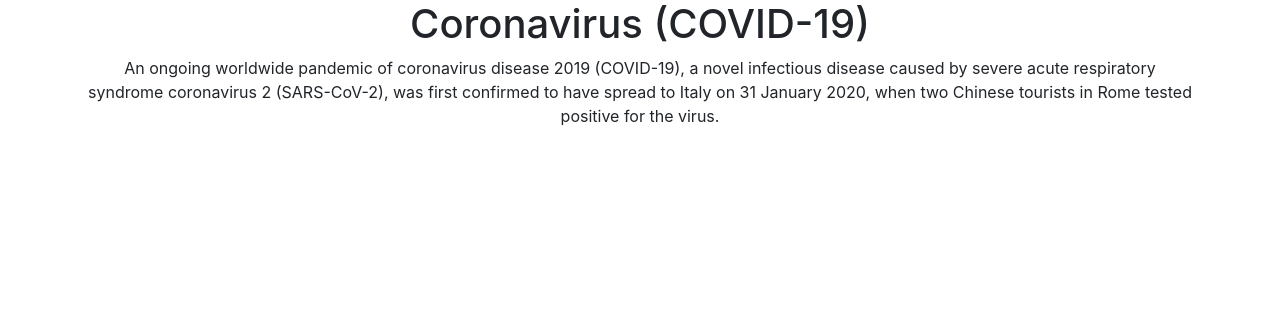
Repository: ahmadsaadkhan/react-covid-app
Page: /
An editor plug-in stored every save of this project. The page is shown before and after the next save, followed by the edit.
The browser window is 1280 px wide. The pictures show the whole page.
The page's requests for data from a server got no answer. The project was rebuilt for these pictures with package versions that can differ from the ones it lists, and the page was loaded fresh each time. No one was signed in, and anything a server would have sent is missing.

Above is the page before, as saved 2021-04-19 15:46:39.

### public/index.html
<!DOCTYPE html>
<html lang="en">

<head>
    <meta charset="utf-8" />
    <link rel="icon" href="%PUBLIC_URL%/favicon.ico" />
    <meta name="viewport" content="width=device-width, initial-scale=1" />
    <meta name="theme-color" content="#000000" />
    <meta name="description" content="Web site created using create-react-app" />
    <link rel="apple-touch-icon" href="%PUBLIC_URL%/logo192.png" />
    <!--
      manifest.json provides metadata used when your web app is installed on a
      user's mobile device or desktop. See https://developers.google.com/web/fundamentals/web-app-manifest/
    -->
    <link rel="manifest" href="%PUBLIC_URL%/manifest.json" />
    <link rel="stylesheet" href="https://cdn.jsdelivr.net/npm/bootstrap@4.6.0/dist/css/bootstrap.min.css" integrity="sha384-B0vP5xmATw1+K9KRQjQERJvTumQW0nPEzvF6L/Z6nronJ3oUOFUFpCjEUQouq2+l" crossorigin="anonymous" />
    <!--
      Notice the use of %PUBLIC_URL% in the tags above.
      It will be replaced with the URL of the `public` folder during the build.
      Only files inside the `public` folder can be referenced from the HTML.

      Unlike "/favicon.ico" or "favicon.ico", "%PUBLIC_URL%/favicon.ico" will
      work correctly both with client-side routing and a non-root public URL.
      Learn how to configure a non-root public URL by running `npm run build`.
    -->
    <title>React App</title>
</head>

<body>
    <noscript>You need to enable JavaScript to run this app.</noscript>
    <div id="root"></div>
    <!--
      This HTML file is a template.
      If you open it directly in the browser, you will see an empty page.

      You can add webfonts, meta tags, or analytics to this file.
      The build step will place the bundled scripts into the <body> tag.

      To begin the development, run `npm start` or `yarn start`.
      To create a production bundle, use `npm run build` or `yarn build`.
    -->
</body>

</html>

### src/App.js
import './App.css';
import { useState } from 'react';
import { useEffect } from 'react';

function App() {

  const [Covid_Data, setCovid_Data] = useState(null);

  const getData = () => {
    fetch("https://vaccovid-coronavirus-vaccine-and-treatment-tracker.p.rapidapi.com/api/npm-covid-data/world", {
      "method": "GET",
      "headers": {
        "x-rapidapi-key": "3d33dc1e13mshc5f97558480723fp15e23bjsnc1db1b7183da",
        "x-rapidapi-host": "vaccovid-coronavirus-vaccine-and-treatment-tracker.p.rapidapi.com"
      }
    })
      .then(response => {
        return response.json();
      })
      .then(data => {
        console.log(data);
        setCovid_Data(data);
      })
      .catch(err => {
        console.error(err);
      });


  }

  useEffect(() => {
    getData()
  }, [])

  return (
    <div className="App">
      <div className="container">

      <h1>Coronavirus (COVID-19)</h1>
      <p>An ongoing worldwide pandemic of coronavirus disease 2019 (COVID-19), a novel infectious disease caused by severe acute respiratory syndrome coronavirus 2 (SARS-CoV-2), was first confirmed to have spread to Italy on 31 January 2020, when two Chinese tourists in Rome tested positive for the virus.</p>
      {Covid_Data && <h2 className="text-danger">Total Cases:::::: {Covid_Data[0].TotalCases}</h2>}
      </div>
    </div>
  );
}

export default App;

Loaded but not shown: src/index.js (common file); src/index.css (common file); src/App.css (common file)

After the next save:
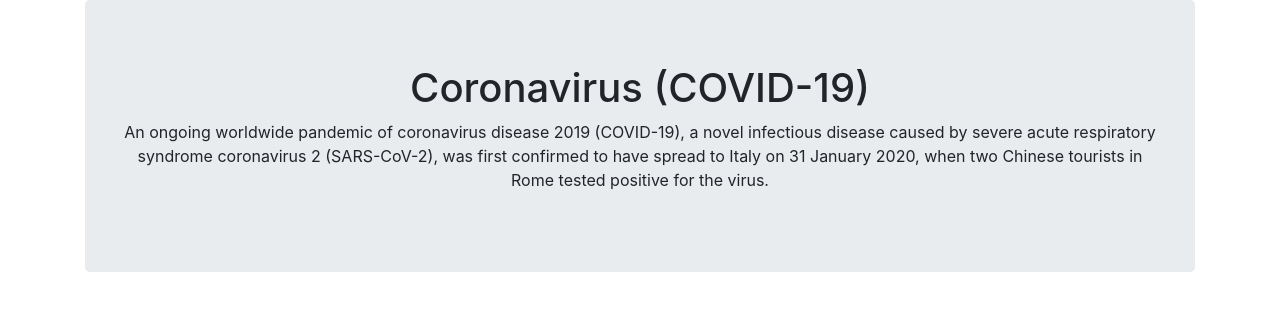
Saved 58 s later.
--- a/src/App.js
+++ b/src/App.js
@@ -36,8 +36,11 @@ function App() {
     <div className="App">
       <div className="container">
 
+      <div class="jumbotron text-center">
+
       <h1>Coronavirus (COVID-19)</h1>
       <p>An ongoing worldwide pandemic of coronavirus disease 2019 (COVID-19), a novel infectious disease caused by severe acute respiratory syndrome coronavirus 2 (SARS-CoV-2), was first confirmed to have spread to Italy on 31 January 2020, when two Chinese tourists in Rome tested positive for the virus.</p>
+      </div>
       {Covid_Data && <h2 className="text-danger">Total Cases:::::: {Covid_Data[0].TotalCases}</h2>}
       </div>
     </div>
